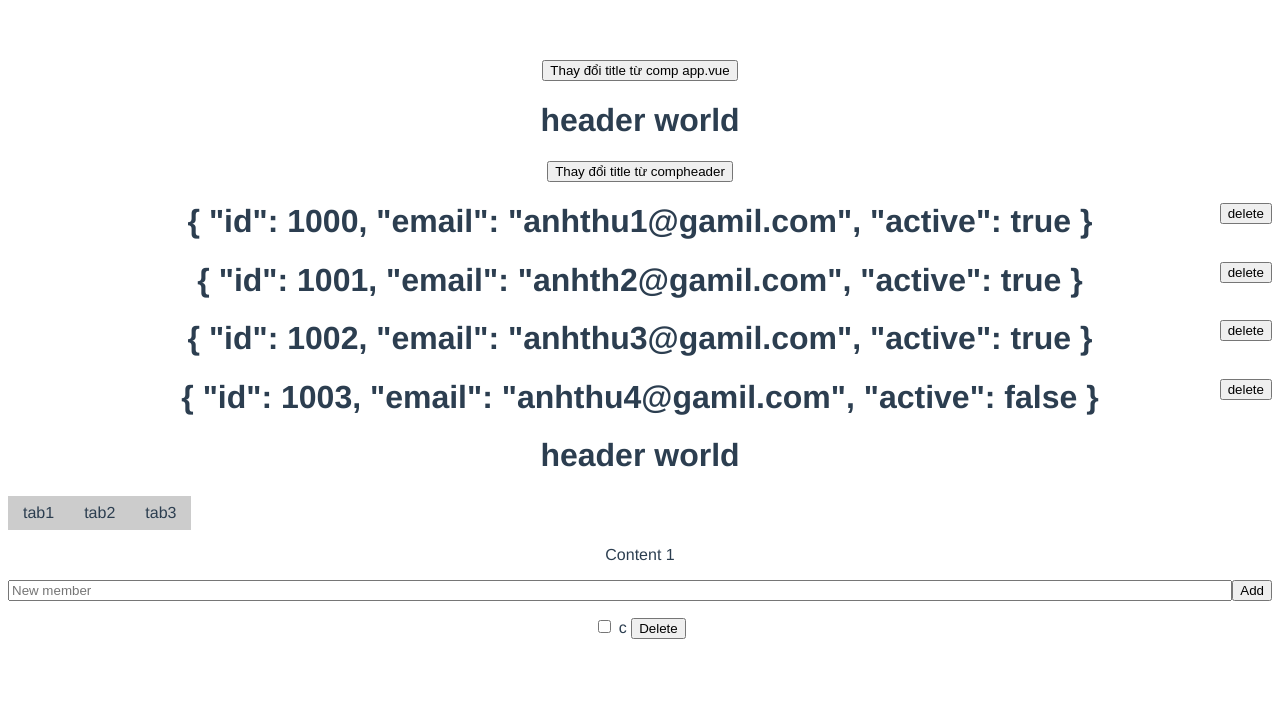
Repository: anhthu112/Todo-list
Page: /
These files come from the project's save history. The page is drawn as it stood at one moment and after the next save; the edit follows.
The browser window is 1280 px wide. The pictures show the whole page.
The project was rebuilt for these pictures with package versions that can differ from the ones it lists, and the page was loaded fresh each time. Requests to the local data server were answered from the project's data file. Also part of the build but not shown: vue.config.js.

Above is the page before, as saved 2024-01-31 13:49:17.

### src/App.vue
<template>
  <div class="container">
    <button v-on:click="title='Yoon Jeonghan'">Thay đổi title từ comp app.vue</button>
    <CompHeader v-bind:titles="title"
    v-on:changeTitleEvents="changeTitleEvent"
    />
    <ListUser v-bind:listUser="listUser"
    v-on:deleteEvent="handleDeleteUser"
    />
    <ComFooter v-bind:title="title"/>
    <DemoRef>
      <p>mệt quá em muốn về nhà</p>
    </DemoRef>
  </div>
  <CompTodo/>

</template>

<script>
import CompHeader from './components/CompHeader.vue';
import ComFooter from './components/ComFooter.vue';
import ListUser from './components/ListUser.vue';
import DemoRef from './components/DemoRef.vue';
import CompTodo from './components/CompTodo.vue';

export default {
  name: 'App',
  data(){
    return {
      title:'header world',
      listUser : [
        {id:1000, email:'anhthu1@gamil.com', active: true},
        {id:1001, email:'anhth2@gamil.com', active: true},
        {id:1002, email:'anhthu3@gamil.com', active: true},
        {id:1003, email:'anhthu4@gamil.com', active: false}
      ],

      textSvt: "Seventen",
    }
  },
  components: {
    CompHeader,
    ComFooter,
    ListUser,
    DemoRef,
    CompTodo,
},
  methods:{
    changeTitleEvent(){
      console.log('sucess');
      this.title="Hello Anna";
    },
    handleDeleteUser(data) {
  console.log('mit moi', data);
  this.listUser = this.listUser.filter(a => a.id !== data.id);
  console.log(this.listUser);
}

  }
}
</script>

<style>
#app {
  font-family: Avenir, Helvetica, Arial, sans-serif;
  -webkit-font-smoothing: antialiased;
  -moz-osx-font-smoothing: grayscale;
  text-align: center;
  color: #2c3e50;
  margin-top: 60px;
}
</style>

### src/components/CompHeader.vue
<template>
    <header>
        <h1>{{ titles }}</h1>
    </header>
    <button v-on:click="changeHeader">Thay đổi title từ compheader</button>
</template>
<script>
    export default{
        name: 'comp-header',
        props:{
            titles: String,
        },
        data (){
            return {
            }
        },
        methods:{
            changeHeader(){
                console.log('before');
                this.$emit('changeTitleEvents');
                console.log('after');
            }
        }
    }
</script>

### src/components/ComFooter.vue
<template>
    <footer>
            <h1>{{ title }}</h1>
    </footer>

</template>
<script>
    export default{
        name: 'comp-footer',
        props: {
            title: String,
        }
    }
</script>

### src/components/ListUser.vue
<template>
    <div class="list-user">
      <User v-for="users in listUser" v-bind:key="users.id" v-bind:user="users"
      v-on:deleteUsert="deleteUser"
       />
      <h2> {{ text }}</h2>
    </div>
</template>

  <script>
  import User from './User.vue';
  export default {
    name: 'ListUser',
    props: {
      listUser: {
        type: Array,
      },
      text: {
        type: String,
      }
    },
    components: {
      User,
    },
    methods:{
      deleteUser(data){
        this.$emit('deleteEvent', data)
        console.log('delete trong listuser',data)
      }
    }
  };
  </script>

### src/components/DemoRef.vue
<template>
    <CompTask>
        <ul class='tabs-header'>
            <li v-for="(item,index) in tabsHeader"
            v-bind:key="index"
            v-on:click="changeTab(index)"
            v-bind:class="{active: tabActive==index}"
            >{{ item.text }}</li>
        </ul>
        <div class="tab-content tab1" v-if="tabActive === 0">
            <p>Content 1</p>
        </div>
        <div class="tab-content tab2"  v-if="tabActive === 1">
            <p>Content 2</p>
        </div>
        <div class="tab-content tab3"  v-if="tabActive === 2">
            <p>Content 3</p>
        </div>
    </CompTask>
</template>

<script>
import CompTask from './CompTask.vue'
export default {
    name: 'demo-slot',
    components: {
        CompTask
    },
    data(){
        return {
            tabsHeader:[
                {text: 'tab1'},
                {text: 'tab2'},
                {text: 'tab3'},

            ],
            tabActive : 0
        }
    },
    methods: {
            changeTab(index){
                this.tabActive=index;
            }
        }
}
</script>
<style>
    .active{
        background: #000;
    }
</style>

### src/components/CompTodo.vue
<template>
    <div>
        <AddTodo @add-todo="addTodo" />
        <TodoItem
            v-for="todoItem in todo"
            :key="todoItem.id"
            :todoProps="todoItem"
            @item-complete="markComplete"
            @deleteItem="deleteItem(todoItem.id)"
        />
    </div>
</template>

<script>
import TodoItem from './TodoItem.vue';
import AddTodo from './AddTodo.vue';
import axios from 'axios';

export default {
    name: 'ToDo',
    data() {
        return {
            todo: []
        };
    },
    methods: {
        async getAlltodo() {
            try {
                const res = await axios.get('http://localhost:3000/posts');
                this.todo = res.data;
                console.log(res.data);
            } catch (err) {
                console.log(err);
            }
        },
        markComplete(todoItem) {
            console.log(todoItem);
            todoItem.completed = !todoItem.completed;
            console.log(todoItem.completed);
        },
        async deleteItem(itemId) {
            try {
                await axios.delete(`http://localhost:3000/posts/${itemId}`);
                console.log(`Item ${itemId} deleted.`);
                this.todo = this.todo.filter(item => item.id !== itemId);
            } catch (err) {
                console.log(err);
            }
        },
        async addTodo(newTodo) {
            try {
                const res = await axios.post('http://localhost:3000/posts', newTodo);
                console.log("New todo added:", res.data);
                this.todo.push(res.data);
            } catch (err) {
                console.log(err);
            }
        }
    },
    mounted() {
        this.getAlltodo();
    },
    components: {
        TodoItem,
        AddTodo,
    },
};
</script>

<style>
</style>

### src/components/User.vue
<template>
    <div class="user">
        <h1>{{ user }}</h1>
        <button class="delete"
        v-on:click="handleDelete"
        >delete</button>
    </div>
</template>
<script>
    export default {
        name: 'userComponent',
        props:{
            user : {
                type: Object,
            }
        },
        methods:{
            handleDelete(){
                var data ={
                    id: this.user.id
                }
                console.log('hello');
                this.$emit('deleteUsert',data)
            }
        },
        data (){
            return {

            }
        }
    }
</script>
<style>
    .user{
        position: relative;
    }
    .delete{
        position: absolute;
        top:0;
        right:0;
    }
</style>

### src/components/CompTask.vue
<template>
    <h1>{{ title }}</h1>
    <slot></slot>
</template>

<script>
export default {
    name: 'comp-task',
    props:{
        title: String,
    },
    data (){
        return {

        }
    },
    methods: {

    }
}
</script>

<style>
    .tabs-header{
        margin:0;
        padding:0;
        display:flex;
        list-style: none;
    }
    .tabs-header li{
        padding: 8px 15px;
        background: #ccc;
        cursor: pointer;
    }
    .tabs-header li:hover{
        background: #333;
        color:#fff;
    }
</style>

### src/components/TodoItem.vue
<template>
    <p :class="['todo-item', todoProps.completed ? 'is-complete' : '']">
      <input type="checkbox" :checked="todoProps.completed" v-on:change="markItemCompleted"/>
      {{ todoProps.title }}
      <button v-on:click="deleteItem" class="btn-delete">Delete</button>
    </p>
  </template>

  <script>
  export default {
      name: 'todo-item',
      data (){
        return {
          // checkMark: this.todoProps.completed,
        }
      },
      props: ['todoProps'],
      methods:{
        markItemCompleted(){
          this.$emit('item-complete',this.todoProps);
        },
        deleteItem(){
          this.$emit('deleteItem', this.todoProps);
        }
      }

  }
  </script>

  <style>
  .todo-item {
  }

  .is-complete {
      text-decoration: line-through;
  }
  </style>

### src/components/AddTodo.vue
<template>
    <form @submit.prevent="addItem">
      <input type="text" placeholder="New member" v-model="title" @input="check" class="input">
      <input type="submit" value="Add" class="add-btn">
    </form>
  </template>

  <script>
  import { ref } from 'vue';
  import { v4 as uuidv4 } from 'uuid';

  export default {
    name: 'AddTodo',
    setup(props, context) {
      const title = ref('');

      const check = () => {
        console.log(title.value);
      };

      const addItem = event => {
        event.preventDefault();
        const newItem = {
          id: uuidv4(), // Sử dụng uuidv4 từ 'uuid' thay vì 'uuidv4' từ 'uuidv4'
          title: title.value,
          completed: false
        };
        context.emit('add-todo', newItem);
        title.value = '';
      };

      return {
        title,
        check,
        addItem,
      };
    },
  };
  </script>

  <style>
  form {
    display: flex;
  }

  .input[type=text] {
    flex: 10;
  }
  </style>

### db.json
{
  "posts": [
    {
      "id": "487a21aa-0c37-458f-a4a2-1da914d3799c",
      "title": "c",
      "completed": false
    }
  ]
}

Loaded but not shown: public/index.html (common file); src/main.js (common file)

After the next save:
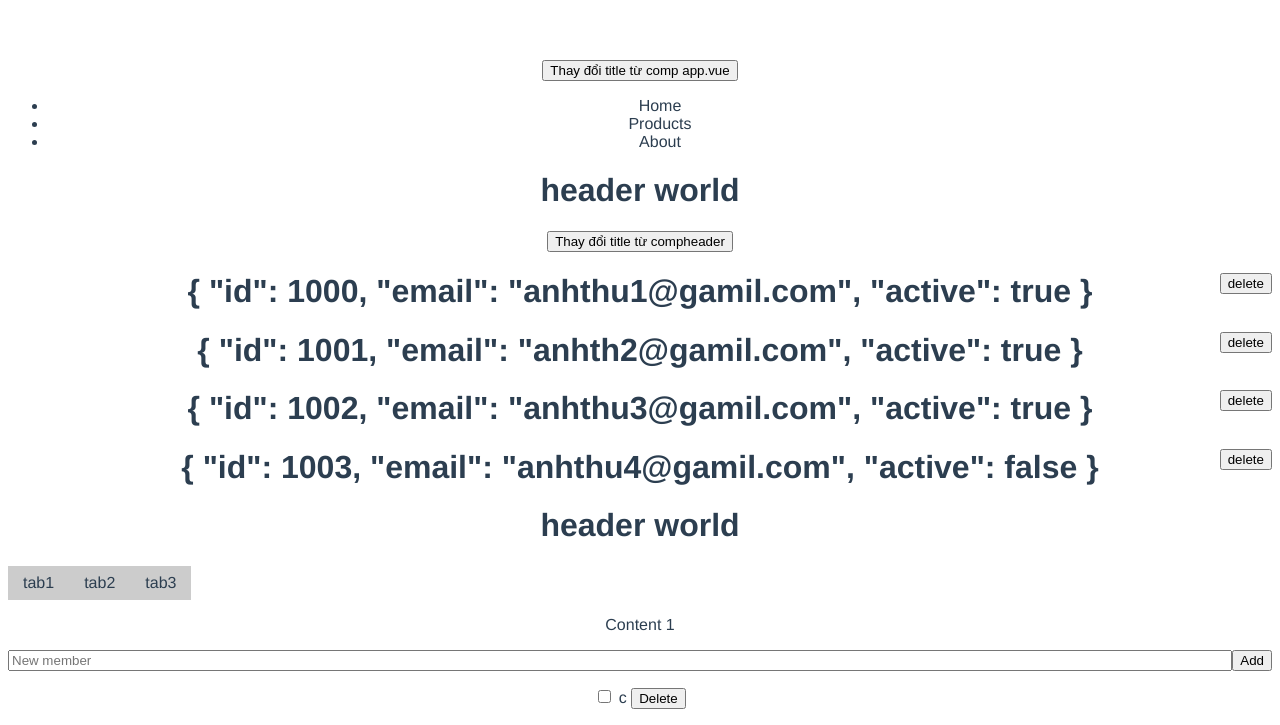
Saved 33 min 4 s later.
--- a/src/components/CompHeader.vue
+++ b/src/components/CompHeader.vue
@@ -1,4 +1,11 @@
 <template>
+    <nav>
+        <ul>
+            <li>Home</li>
+            <li>Products</li>
+            <li>About</li>
+        </ul>
+    </nav>
     <header>
         <h1>{{ titles }}</h1>
     </header>
